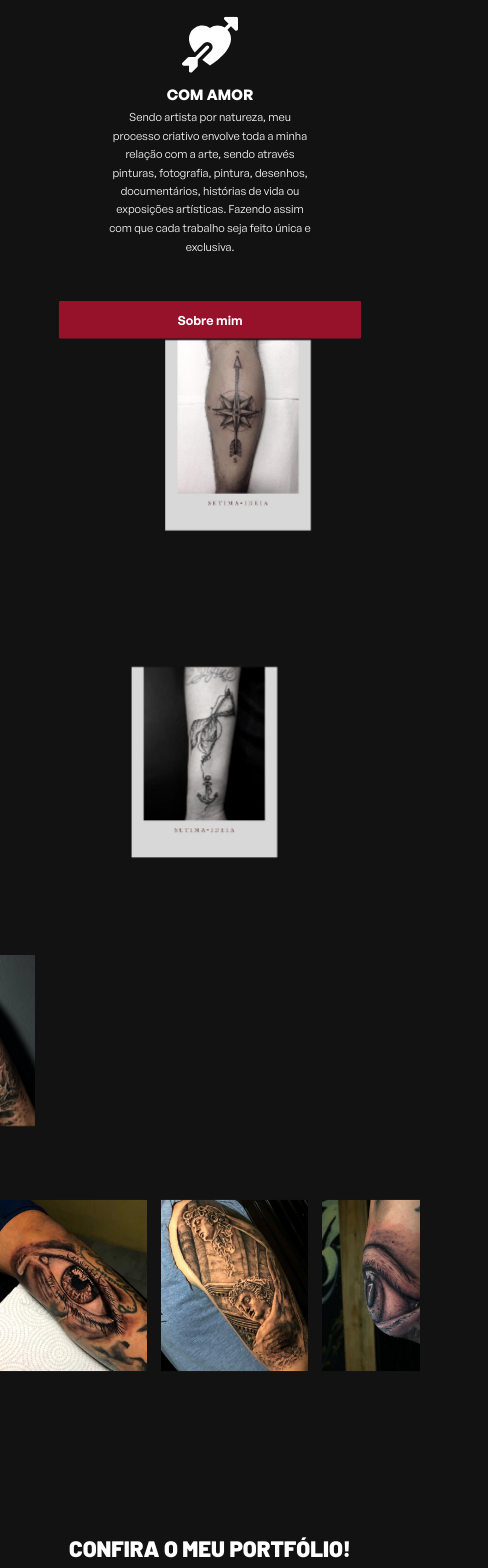
Repository: Leoka2000/S-tima-Ideia
Page: /
The author's editor kept a copy of each file at every save. The page is drawn from the files as they stood at one save, then again after a run of saves.
The browser window is 600 px wide. The page is 697 px wide, so the pictures cover 697 px, including what lies to the right of the window. The pictures show the part of the page from y = 1407 to 3647 px (the page is 8832 px tall), at 70% of full size.
Backgrounds fixed to the window are drawn as part of the page. The project was rebuilt for these pictures with package versions that can differ from the ones it lists, and the page was loaded fresh each time. Some packages were replaced by stand-ins written for this rebuild. Also part of the build but not shown: src/pages/main/instagram/instagram.css, src/pages/main/instagram/instagram.jsx, src/App.css, src/pages/portfolio/portfolio.css, src/data/database-common.js, src/pages/portfolio/loop-content.jsx, src/pages/portfolio/portfolio.jsx, src/pages/portfolio/index.jsx and 2 more. Imported but missing from the stored project, and not drawn on this page: src/assets/videos/cauan-video.mp4.

Above is the page before, as saved 2023-05-22 21:16:16.

### public/index.html
<!DOCTYPE html>
<html lang="en">
  <head>
    <meta charset="utf-8" />
    <link rel="icon" href="%PUBLIC_URL%/logo.png" />
    <meta name="viewport" content="width=device-width, initial-scale=1" />
    <meta name="theme-color" content="#000000" />
    <meta
      name="description"
      content="Web site created using create-react-app"
    />
    <link rel="apple-touch-icon" href="%PUBLIC_URL%/logo192.png" />
    <!--
      manifest.json provides metadata used when your web app is installed on a
      user's mobile device or desktop. See https://developers.google.com/web/fundamentals/web-app-manifest/
    -->
    <link rel="manifest" href="%PUBLIC_URL%/manifest.json" />
    <!--
      Notice the use of %PUBLIC_URL% in the tags above.
      It will be replaced with the URL of the `public` folder during the build.
      Only files inside the `public` folder can be referenced from the HTML.

      Unlike "/favicon.ico" or "favicon.ico", "%PUBLIC_URL%/favicon.ico" will
      work correctly both with client-side routing and a non-root public URL.
      Learn how to configure a non-root public URL by running `npm run build`.
    -->
    <title>Setima Idea.ink</title>
  </head>
  <body>
    <noscript>You need to enable JavaScript to run this app.</noscript>
    <div id="root"></div>
    <!--
      This HTML file is a template.
      If you open it directly in the browser, you will see an empty page.

      You can add webfonts, meta tags, or analytics to this file.
      The build step will place the bundled scripts into the <body> tag.

      To begin the development, run `npm start` or `yarn start`.
      To create a production bundle, use `npm run build` or `yarn build`.
    -->
  </body>
</html>

### src/pages/main/index/index.jsx
import React from 'react'
import Hero from '../hero/hero'
import About from '../about/about'
import Carousel from '../carousel/carousel'
import HorizontalParallax2 from '../carousel/carousel2'
import LookPortfolio from '../olhe-portfolio'
import Video from '../video/video'
import Instagram from '../instagram/instagram'
import Form from '../contact/form'
import Contact from '../contact'
import Sobre from '../../sobre/about/about'

const index = () => {
  return (
    <>
      <Hero/>
      <About/>
      <Carousel/>
      <HorizontalParallax2/>
      <LookPortfolio/>
      <Video/>
      <Sobre/>
      {/* <Instagram/> */}
      <Contact/>
    </>
  )
}

export default index

### src/pages/sobre/about/about.jsx
import React from 'react'
import "./about.css"
import { BsFacebook } from 'react-icons/bs'
import { BsInstagram } from 'react-icons/bs'
import { AiOutlineMail } from 'react-icons/ai'
import cauan from '../../../assets/images/cauan.jpg'
import {Link} from 'react-scroll'

const Sobre = () => {
  return (
    <section id='about' className='sobre-section'>
      <main>
        <div className='sobre-left'>
          <h2>Tatuador na equipe Família Bagé.</h2>
          <h1>Cauan Rossoni Feversani</h1>
          <p>Magna nisl egestas amet netus lectus malesuada diam et ullamcorper et in urna maecenas praesent ut vitae tempus sollicitudin pharetra ipsum molestie urna scelerisque.</p>
          <div className='sobre-icons-wrapper'>
            <a target='_blank' href='https://www.instagram.com/setimaideia.ink'>
              <BsInstagram />
            </a>
            <a href='mailto:contato.cauanrf@gmail.com'>
              <AiOutlineMail />
            </a>
          </div>
          <div className='sobre-button-wrapper'>
          <Link style={{ textDecoration: 'none' }} spy={true} smooth={true} offset={100} duration={500} to='form' ><button className='solid'>Contato</button></Link>
            <a target='_blank' href='https://www.instagram.com/setimaideia.ink'><button className='transparent'>Veja o portfólio</button></a>
          </div>
        </div>
        <div className='sobre-right'>
          <img alt='cauan' src={cauan}/>
        </div>
      </main>
    </section>
  )
}

export default Sobre

### src/components/footer/footer.jsx
import { useEffect } from 'react'
import './footer.css'
import { BsFacebook } from 'react-icons/bs'
import { BsInstagram } from 'react-icons/bs'
import { AiOutlineMail } from 'react-icons/ai'
import machine from '../../assets/icons/tattoo-machine.png'
import bage from '../../assets/brand/bage.jpg'
import { useLocation } from 'react-router-dom'
import { Link } from 'react-scroll'

const Footer = () => {

    const location = useLocation();

    useEffect(() => {
        window.scrollTo(0, 0);
    }, [location.pathname]);


    return (
        <footer>
            <main>
                <div className='footer-left'>
                    <div className='footer-cauan'>
                        <img src={machine} />
                        <p>Cauan Rossoni</p>
                    </div>

                    <div className='footer-icons-wrapper'>
                        <a target='_blank' href='https://www.instagram.com/setimaideia.ink/'>< BsInstagram /></a>
                        <a target='_blank' href='mailto:contato.cauanrf@gmail.com'><AiOutlineMail /></a>
                    </div>
                </div>
                <div className='footer-middle'>
                    <h1>Páginas</h1>
                    <Link style={{ textDecoration: 'none' }} spy={true} smooth={true} offset={100} duration={500} to='inicio' >Início</Link>
                    <Link style={{ textDecoration: 'none' }} spy={true} smooth={true} offset={100} duration={500} to='portfolio' >Portfolio</Link>
                    <Link style={{ textDecoration: 'none' }} spy={true} smooth={true} offset={100} duration={500} to='about' >Sobre</Link>
                </div>
                <div className='footer-right'><a target='_blank' href='https://www.instagram.com/_familiabagetattoo_/'><img src={bage} /></a></div>
            </main>
            <div className='leo-tag'>
                <p>Desenvolvido por <a style={{textDecoration: 'none'}} href='https://www.linkedin.com/in/leoreus/'>Leo Reus Oliveira</a></p>
            </div>
        </footer>
    )
}

export default Footer

### src/pages/main/hero/hero.jsx
import React from 'react';
import { motion } from 'framer-motion';
import './hero.css';
import logo from '../../../assets/brand/logoCorrected.png';
import { Link } from 'react-scroll';

const Hero = () => {
  const text = "Olá, aqui é o Cauan, bem-vindo ao meu website!";

  const parentVariants = {
    animate: {
      transition: {
        staggerChildren: 0.05,
      },
    },
  };

  const childVariants = {
    initial: {
      y: 20,
      opacity: 0,
    },
    animate: {
      y: 0,
      opacity: 1,
    },
  };

  return (
    <section id='inicio' className="hero-section">
      <div className="hero-wrapper">
        <img src={logo} alt="logo" />
        <motion.h1 variants={parentVariants} initial="initial" animate="animate">
          {text.split("").map((letter, index) => (
            <motion.span key={index} variants={childVariants}>{letter}</motion.span>
          ))}
        </motion.h1>
        <h2>Clique no botão a baixo para saber mais.</h2>
        <div>
          <Link to='sobre' className="colored-hero" style={{textDecoration: 'none'}} spy={true} smooth={true} offset={100} duration={500}>Descubra mais</Link>
        </div>
      </div>
    </section>
  );
};

export default Hero;

### src/pages/main/carousel/carousel.jsx
import C1 from '../../../assets/carousel/c1.jpg'
import C2 from '../../../assets/carousel/c2.jpg'
import C3 from '../../../assets/carousel/c3.jpg'
import C4 from '../../../assets/carousel/c4.jpg'
import C5 from '../../../assets/carousel/c5.jpg'
import C6 from '../../../assets/carousel/c6.jpg'
import C7 from '../../../assets/carousel/c7.jpg'
import C8 from '../../../assets/carousel/c8.jpg'
import C9 from '../../../assets/carousel/c9.jpg'
import C10 from '../../../assets/carousel/c10.jpg'

import { motion, useTransform, useScroll, circOut } from "framer-motion";
import React from "react";
import './carousel.css'

const images = [
  C1,
  C5,
  C4,
  C7,
  C2,
  C6,
  C8,
  C9,
  C10,
];

const HorizontalParallax = () => {
  const { scrollYProgress } = useScroll();
  const x = useTransform(scrollYProgress,
     [0, 1],
      [0, -2000],
      { clamp: false, velocity: 0.1, ease: circOut });

  return (
    <div className="horizontal-parallax">
      <motion.div
        className="images-container"
        style={{ x }}
      >
        {images.map((image, index) => (
          <div key={index} className="image">
            <img src={image} alt={`Image ${index}`} />
          </div>
        ))}
      </motion.div>
    </div>
  );
};

export default HorizontalParallax;

### src/pages/main/carousel/carousel2.jsx
import { motion, useTransform, useScroll, circOut } from "framer-motion";
import React from "react";
import './carousel.css'
import C1 from '../../../assets/carousel/c10.jpg'
import C2 from '../../../assets/carousel/c9.jpg'
import C3 from '../../../assets/carousel/c8.jpg'
import C4 from '../../../assets/carousel/c7.jpg'
import C5 from '../../../assets/carousel/c6.jpg'
import C6 from '../../../assets/carousel/c5.jpg'
import C7 from '../../../assets/carousel/c4.jpg'
import C8 from '../../../assets/carousel/c3.jpg'
import C9 from '../../../assets/carousel/c2.jpg'
import C10 from '../../../assets/carousel/c1.jpg'

const images = [
  C2,
  C3,
  C4,
  C1,
  C5,
  C6,
  C7,
  C8,
  C9,
  C10,
];

const HorizontalParallax2 = () => {
  const { scrollYProgress } = useScroll();
  const x = useTransform(scrollYProgress, [1, 0], [0, -2000], {ease: circOut });

  return (
    <div className="horizontal-parallax">
      <motion.div
        className="images-container"
        style={{ x }}
      >
        {images.map((image, index) => (
          <div key={index} className="image">
            <img src={image} alt={`Image ${index}`} />
          </div>
        ))}
      </motion.div>
    </div>
  );
};

export default HorizontalParallax2;

### src/pages/main/olhe-portfolio/index.jsx
import React from 'react'
import './index.css'
import img from '../../../assets/images/lookportfolio-img.png'
import silhouete from '../../../assets/icons/about-tattoo-machine.png'
import clown from '../../../assets/icons/rose.png'
import { useInView } from 'react-intersection-observer';
import { motion } from 'framer-motion'
import { Link } from 'react-router-dom'

const LookPortfolio = () => {

  const [ref1, inView1] = useInView({
    threshold: 0.3,
    triggerOnce: true,
    delay: 0.7
  });

  const [ref2, inView2] = useInView({
    threshold: 0.3,
    triggerOnce: true,
    delay: 0.9
  });

  return (
    <section id='portfolio' className='look-portfolio-section'>
      <img alt='silhouete' className='silhouete' src={silhouete} />
      <img alt='silhouete' className='clown' src={clown} />
      <motion.div
        ref={ref1}
        initial={{ opacity: 0 }}
        animate={inView1 ? { opacity: 1 } : { opacity: 0 }}
        transition={{ duration: 1 }}
        className='look-portfolio-left'>
        <img src={img} />
      </motion.div>
      <motion.div
        ref={ref2}
        initial={{ opacity: 0 }}
        animate={inView2 ? { opacity: 1 } : { opacity: 0 }}
        transition={{ duration: 1 }}
        className='look-portfolio-right'>
        <h1>Confira o meu portfólio!</h1>
        <p>Clique no link a baixo para acessar o meu portfólio no Instagram. Lá, você pode encontrar uma exposição dos meus trabalhos atualizados.</p>
        <a
         style={{textDecoration:'none'}} target='_blank' href='https://www.instagram.com/setimaideia.ink/'>Saiba mais</a>
      </motion.div>

    </section>
  )
}

export default LookPortfolio

### src/pages/main/video/video.jsx
import React, { useState } from 'react';
import './video.css';
import cauan from '../../../assets/videos/cauan-video.mp4'
import thumb from '../../../assets/images/Thumbnail.jpg'
import { FaPlay, FaTimes } from "react-icons/fa";

function Video() {
    const [showVideo, setShowVideo] = useState(false);

    function handlePlayClick() {
        setShowVideo(true);
        document.body.style.overflow = 'hidden';
    }

    function handleCloseClick() {
        setShowVideo(false);
        document.body.style.overflow = 'visible';
    }

    return (
        <section className="video-thumbnail">
            <div className='overlay-effect'>
                <div
                    className="thumbnail-image"

                >
                    <button
                        className="play-button"
                        onClick={handlePlayClick}
                    >
                        <FaPlay className="play-icon" />
                    </button>
                </div>
                {showVideo && (
                    <div className="video-overlay">
                        <button className="close-button" onClick={handleCloseClick}>
                            <FaTimes className="close-icon" />
                        </button>
                        <div className="video-wrapper">
                            <video src={cauan} controls autoPlay />
                        </div>
                    </div>
                )}
            </div>
        </section>
    );
}

export default Video

### src/pages/main/contact/index.jsx
import React from 'react'
import Form from './form'
import './form.css'
import { useInView } from 'react-intersection-observer';
import { motion } from 'framer-motion'
import { AiFillMessage } from 'react-icons/ai'
import { AiOutlineFieldTime } from 'react-icons/ai'
import { BsCashStack } from 'react-icons/bs'
import { MdFastfood} from 'react-icons/md'
import {BsCapsulePill} from 'react-icons/bs'

const Index = () => {

  const [ref1, inView1] = useInView({
    threshold: 0.7,
    triggerOnce: true,
    delay: 0.9
  });

  return (
    <section className='form-section-parent'>

      <motion.header
        ref={ref1}
        initial={{ opacity: 0 }}
        animate={inView1 ? { opacity: 1 } : { opacity: 0 }}
        transition={{ duration: 1 }}
        className='form-header'>
        <h1>INFORMAÇÕES IMPORTANTES!</h1>
        <p>Este site tem a intenção de fazer com que você me conheça melhor. Se você deseja marcar uma tatuagem comigo, leia as informações abaixos.</p>
        <div className='row-wrapper'>
          <div>
            <span><AiFillMessage /></span>
            <p>Envie-me uma mensagem no Instagram e uma foto de referência ou mencione a ID de um dos meus trabalhos presentes na seção de portfólio deste site.</p>
          </div>
          <div>
            <span><BsCashStack /></span>
            <p>Para agendar uma tatuagem comigo, você precisará pagar um depósito, e esse valor será destinado para o custo total do trabalho.</p>
          </div>
          <div>
            <span><AiOutlineFieldTime /></span>
            <p>Será necessário 48 horas de antecedência para cancelar ou reagendar uma sessão. Se você não conseguir fazer isso, precisará marcar outro agendamento e pagar um depósito extra.</p>
          </div>
          <div>
            <span><MdFastfood /></span>
            <p>Certifique-se de comer, se hidratar e descansar antes de realizer sua tatuagem.</p>
          </div>
          <div>
            <span><BsCapsulePill/></span>
            <p>Não venha de ressaca ou sob o efeito de drogas.</p>
          </div>

        </div>

      </motion.header>
      <Form />
    </section >
  )
}

export default Index

### src/pages/main/about/about.css
.about-section {
    padding: 10rem 0 15rem 0rem;
    display: flex;
    justify-content: center;
    gap:5rem;
}
.about-left {
    display: flex;
    flex-direction: column;


}
.about-left > div {
    display: flex;
    align-items: center;
    gap: 1rem;
    margin-bottom: 1rem;
    margin-top: 2rem;
}
.about-left > div > div {
    display: flex;
    flex-direction: column;
}
.about-left > div > div > h1 {
    font-size: 1.5rem;
    font-weight: 900;
}
.about-left > div > div > p {
    max-width: 30rem;
    font-size: 0.95rem;
    line-height: 1.6rem;
    margin-top: 0.3rem;
}
.about-left > h1 {
    font-family: Barlow, sans-serif;
    font-size: 3rem;
   margin-bottom: 0.2rem;
   line-height: 4rem;
    font-weight: 900;
}
.about-left > h2 {
    max-width: 30rem;
    font-size: 0.95rem;
    line-height: 1.6rem;
}
.about-left > div > img {
    width: 5.5rem;
}
.about-left > div > span {
    font-size: 5rem;
}

.about-right {
    position: relative;
    display: flex;
    width: 25rem;
-webkit-box-orient: vertical;
-webkit-box-direction: normal;
-webkit-flex-direction: column;
-ms-flex-direction: column;
flex-direction: column;


}

.thumbnail-about {
    position: absolute;
    width: 22rem;
    height: 35rem;
  }



  #bottom-img {
    top: 3rem;
    left: 10rem;
    z-index: 5;
    position: absolute;
  }




  .parallax-layer {
    position: absolute;
    width: 100%;
    height: 100%;
    top: 0;
    left: 0;
    background-size: cover;
    background-position: center;
    z-index: -1;
  }


  .parallax-layer-2 {
    position: absolute;

 width: 25rem;
    top: 15rem;
    z-index: 4;
       background-image: url("../../../assets/images/about-img2.jpg");
  }

  .parallax-layer-1 {
    background-image: url("../../../assets/images/about-img.jpg");
    z-index: 5;
    position: absolute;
  top: -10rem;

  left: 7rem;
 width: 25rem;
  }
  .about-left > a > button{
    padding: 1rem;
   margin-top: 2rem;
    cursor: pointer;
-webkit-box-pack: center;
-webkit-justify-content: center;
-ms-flex-pack: center;
justify-content: center;
border: 1px solid transparent;
border-radius: 2px;
background-color: #96122a;
-webkit-transition: box-shadow 300ms ease, -webkit-transform 300ms ease;
transition: box-shadow 300ms ease, -webkit-transform 300ms ease;
transition: box-shadow 300ms ease, transform 300ms ease;
transition: box-shadow 300ms ease, transform 300ms ease, -webkit-transform 300ms ease;
font-family: 'General Sans', sans-serif;
color: #fff;
line-height: 1.111em;
font-weight: 500;
width: 12rem;
text-align: center;
text-decoration: none;
text-transform: none;
-webkit-transform-style: preserve-3d;
transform-style: preserve-3d;
}

.about-left > a > button:hover {
    box-shadow: 0 10px 20px 0 rgba(248, 19, 60, 0.2);
-webkit-transform: translate3d(0px, -3px, 0.01px);
transform: translate3d(0px, -3px, 0.01px);
color: #fff;

}

@media screen and (max-width: 1306px) {
    .about-right, .parallax-layer, .parallax-layer-1, .parallax-layer-2 {
        display: none;
    }
}

@media screen and (max-width: 1100px) {
    .about-right, .parallax-layer, .parallax-layer-1, .parallax-layer-2 {
        display: flex;
    }
    .about-section {
        padding: 10rem 0 50rem 0;
        display: flex;
        justify-content: center;
        flex-direction: column;
        gap:5rem;
        align-items: center;
    }



    .parallax-layer-2 {
        position: absolute;
      left: 5rem;
     width: 15rem;
        top: 20rem;
        height: 25rem;
        z-index: 4;
           background-image: url("../../../assets/images/about-img2.jpg");
      }

      .parallax-layer-1 {
        background-image: url("../../../assets/images/about-img.jpg");
        z-index: 5;
        position: absolute;
      top:1rem;
      height: 25rem;
      left: 12rem;
      width: 15rem;
      }
}
@media screen and (max-width: 640px) {
    .about-section {
        padding: 10rem 0 50rem 0;
        display: flex;
        justify-content: center;
        flex-direction: column;
        gap:5rem;
        align-items: center;
    }
    .about-right {
        width: 20rem;
    }
    .about-left > div {
        flex-direction: column;

    }
    .about-left > h1 {
        font-family: Barlow, sans-serif;
        font-size: 2.4rem;
       margin-bottom: 0.5rem;
       line-height: 2.5rem;

    }
    .about-left > h2 {
        font-size: 1rem;
        line-height: 1.65rem;
        margin-bottom: 1rem;
    }
    .about-left {
        text-align: center;
        align-items: center;
        margin-right: 1rem;
        margin-left: 1rem;
    }
    .about-left > div > div > h1 {
        font-size: 1.3rem;
        font-weight: 900;
    }
    .about-left > div > div  {
        display: flex;
        align-items: center;
        justify-content: center;
    }
    .about-left > div > div > p {
        font-size: 1rem;
        line-height: 1.65rem;
      width: 18rem;
      margin-bottom: 1rem;
    }
    .about-left > a{
        width: 100%;
}
.about-left > a > button {
    width: 90%;
}
.parallax-layer-2 {
    position: absolute;
  left: 3rem;
 width: 13rem;
    top: 24rem;
    height: 17rem;
    z-index: 4;
       background-image: url("../../../assets/images/about-img2.jpg");
  }

  .parallax-layer-1 {
    background-image: url("../../../assets/images/about-img.jpg");
    z-index: 5;
    position: absolute;
  top:-4rem;
  height: 17rem;
  left: 6rem;
  width: 13rem;
  }

}

### src/pages/main/carousel/carousel.css
.horizontal-parallax {
  position: relative;
  width: 100%;
  height: 400px;
  overflow-x: hidden;
}

.images-container {
  position: absolute;
  top: 0;
  left: 0;
  height: 100%;
  white-space: nowrap;
}

.image {
  display: inline-block;
  width: 400px;
  height: 350px;
  margin-right: 20px;
  overflow: hidden;
}

.image img {
  width: 100%;
  height: 100%;
  object-fit: cover;
}

@media screen and (max-width: 650px) {
  .image {
    display: inline-block;
    width: 210px;
    height: 245px;
    margin-right: 20px;
    overflow: hidden;
  }
  .horizontal-parallax {
    position: relative;
    width: 100%;
    height: 350px;
    overflow-x: hidden;
  }

}

### src/pages/main/video/video.css
.video-thumbnail {
    position: relative;
    width: 100%;
    height: 15rem;
    padding-bottom: 56.25%;
    background-color: rgba(0, 0, 0, 0.2);
    z-index: 3;

  }
  .overlay-effect {
    position: absolute;

left: 0%;
top: 0%;
right: 0%;
bottom: 0%;
z-index: 2;
display: -webkit-box;
display: -webkit-flex;
display: -ms-flexbox;
display: flex;
width: 100%;
height: 100%;
-webkit-box-pack: center;
-webkit-justify-content: center;
-ms-flex-pack: center;
justify-content: center;
-webkit-box-align: center;
-webkit-align-items: center;
-ms-flex-align: center;
align-items: center;
border-top: 1px solid #393939;
border-bottom: 1px solid #393939;
background-color: rgba(0, 0, 0, 0.7);
  }

  .thumbnail-image {
    position: absolute;
    top: 0;
    left: 0;
    height: 100%;
    width: 100%;
    z-index: -1;

    background-image: linear-gradient( 115deg, rgba(34, 34, 34, 0.8), rgba(44, 21, 21, 0.8) ), url('../../../assets/images/Thumbnail.jpg');
    background-size: cover;
    background-repeat: no-repeat;
    background-position: center;
    display: flex;
    justify-content: center;
    align-items: center;
  }



  .play-button {
    display: flex;
    justify-content: center;
    align-items: center;
    width: 80px;
    height: 80px;
    border: none;
    border-radius: 50%;
    background-color: rgba(0, 0, 0, 0.6);
    cursor: pointer;
    transition: 0.3s;
  }

  .play-icon {
    color: white;
    font-size: 30px;

  }
  .play-button:hover {
transform: scale(1.1);
  }

  .video-overlay {
    position: fixed;
    top: 0;
    left: 0;
    width: 100%;
    height: 100%;
    z-index: 1;
    display: flex;
    justify-content: center;
    align-items: center;
    background-color: rgba(0, 0, 0, 0.8);
  }

  .close-button {
    position: absolute;
    top: 8.5rem;
    right: 2rem;
    display: flex;
    justify-content: center;
    align-items: center;
    width: 30px;
    height: 30px;
    background-color: rgba(0, 0, 0, 0.6);
    border: none;
    cursor: pointer;
  }

  .close-icon {
    color: white;
    font-size: 20px;
  }

  .video-wrapper {

    overflow: hidden;
  }

  video {
    width: 45rem;
    height: 1000rem;
    object-fit: contain;

  }

  @media screen and (max-width: 650px) {
    video {
      width: 45rem;
      height: 1000rem;
      object-fit: contain;

    }


  .video-thumbnail {
    position: relative;
    width: 100%;
    height: 25rem;
    padding-bottom: 56.25%;
    background-color: rgba(0, 0, 0, 0.2);
    z-index: 3;

  }
      }

Loaded but not shown: src/index.js (36 lines, source omitted); src/routes.js (29 lines, source omitted); src/pages/main/contact/form.css (328 lines, source omitted); src/pages/sobre/about/about.css (260 lines, source omitted); src/components/navbar/navbar.css (277 lines, source omitted); src/pages/main/contact/form.jsx (95 lines, source omitted); src/pages/main/hero/hero.css (175 lines, source omitted); src/index.css (112 lines, source omitted); src/pages/main/olhe-portfolio/index.css (156 lines, source omitted); src/pages/main/about/about.jsx (76 lines, source omitted); src/components/navbar/navbar.jsx (80 lines, source omitted); src/components/footer/footer.css (122 lines, source omitted)

After the next 2 saves:
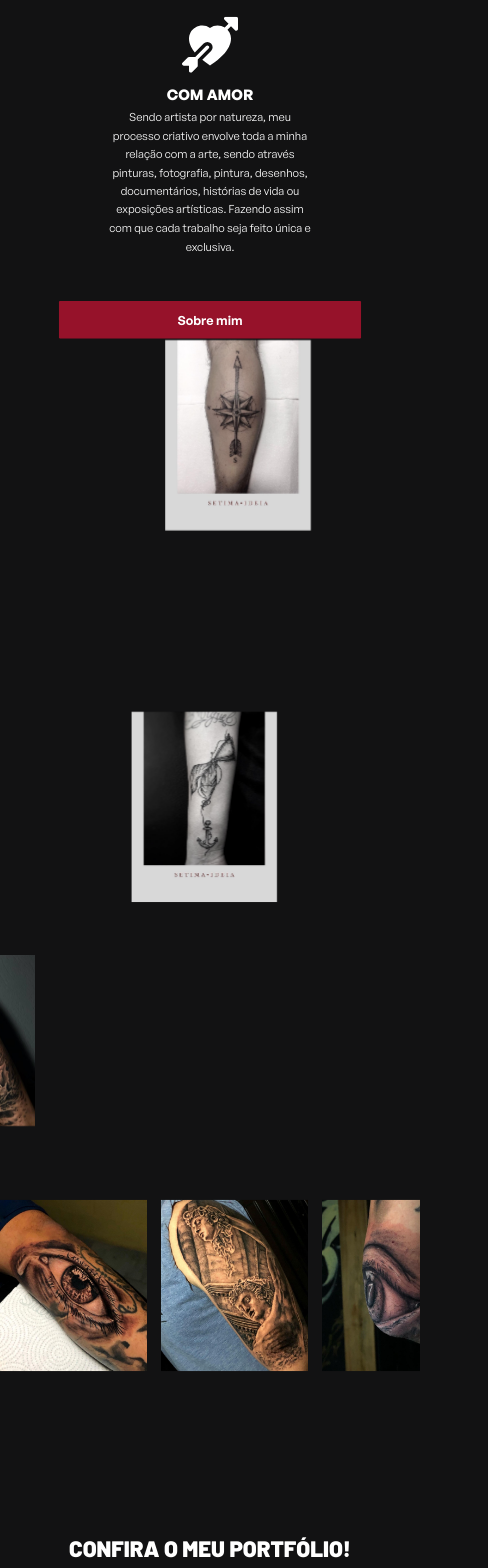
The 2 saves are shown as one change because they came seconds apart.
The last was saved 7 s later.
--- a/src/pages/main/about/about.css
+++ b/src/pages/main/about/about.css
@@ -246,7 +246,7 @@ color: #fff;
     position: absolute;
   left: 3rem;
  width: 13rem;
-    top: 24rem;
+    top: 28rem;
     height: 17rem;
     z-index: 4;
        background-image: url("../../../assets/images/about-img2.jpg");
